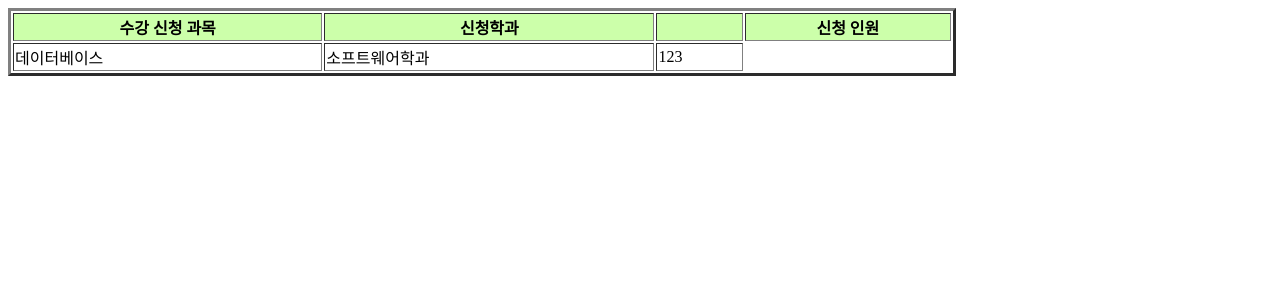
Repository: parkgyutaee/My_JAVA_Project
Page: http://localhost/JSPStudy/test3.jsp
The author's editor kept a copy of each file at every save. The page is drawn from the files as they stood at one save, then again after the next save.
The browser window is 1280 px wide. The pictures show the whole page.
The page is served by Tomcat 9.

Above is the page before, as saved 2025-07-09 07:26:25.

After the next save:
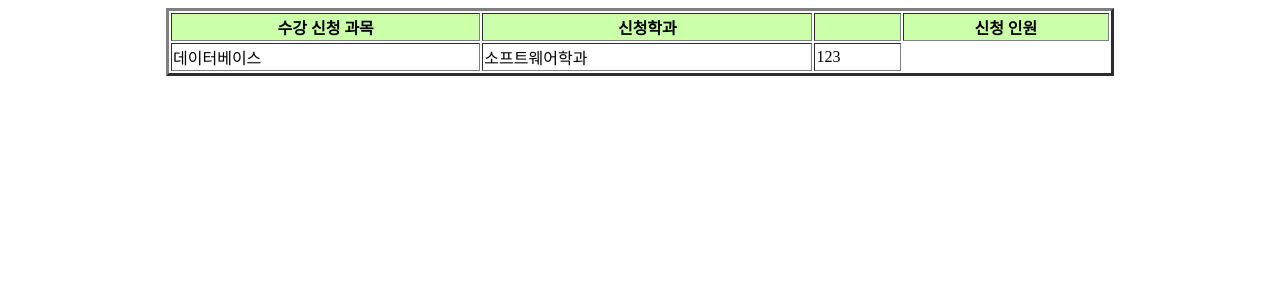
Saved 10 s later.
--- a/Workspace/JSPStudy/src/main/webapp/test3.jsp
+++ b/Workspace/JSPStudy/src/main/webapp/test3.jsp
@@ -7,7 +7,7 @@
 <title>연습문제3 입니다</title>
 </head>
 <body>
-<table border = "3"  width="75%" >
+<table border = "3"  width="75%"  align="center">
   <tr bgcolor="#CCFFAA" rowspan="2">
     <th>수강 신청 과목</th><th>신청학과</th><th></th><th>신청 인원</th>
   </tr>
